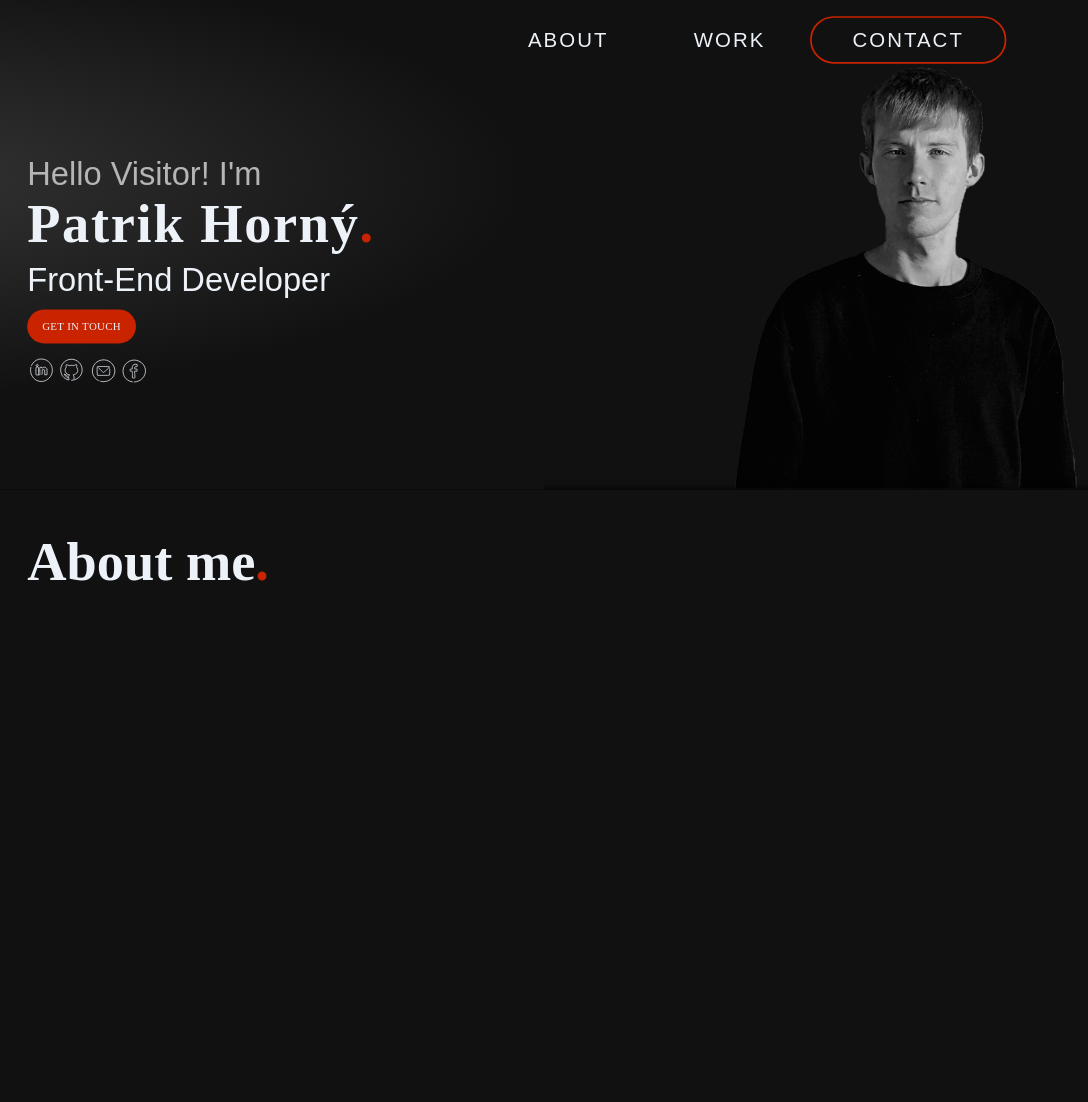
Repository: Spreceriany/portfolio
Page: index.html
An editor plug-in stored every save of this project. The page is shown before and after the next save, followed by the edit.
The browser window is 1280 px wide. The pictures show the whole page, at 85% of full size.
Some web fonts or font styles are not loaded; a fallback is used. The style sheet was rebuilt from its Sass, Less or Tailwind sources for each picture, by a compiler version that may differ from the author's.

Above is the page before, as saved 2021-03-08 12:12:20.

### index.html
<!DOCTYPE html>
<html lang="en">

<head>
    <meta charset="UTF-8">
    <meta http-equiv="X-UA-Compatible" content="IE=edge">
    <meta name="viewport" content="width=device-width, initial-scale=1.0">
    <title>Patrik Horny | Portfolio</title>
    <link rel="stylesheet" href="css/style.css">
    <link rel="preconnect" href="https://fonts.gstatic.com">
    <link href="https://fonts.googleapis.com/css2?family=Asul&family=Chivo:wght@900&display=swap" rel="stylesheet">
</head>

<body>
    <header>
        <nav>
            <ul>
                <li><a href="#">About</a></li>
                <li><a href="#">Work</a></li>
                <li><a href="#">Contact</a></li>
            </ul>
            <div class="burger">
                <div class="line1"></div>
                <div class="line2"></div>
                <div class="line3"></div>
            </div>
        </nav>
    </header>

    <main>
        <section class="hero">
            <div class="hero__left-col">
                <p class="gray">Hello Visitor! I'm</p>
                <h1>Patrik Horný<span class="orange">.</span></h1>
                <p>Front-End Developer</p>
                <a href="#" class="btn">Get in touch</a>
                <ul>
                    <li><a href="#">
                        <?xml version="1.0" ?><svg height="256px" id="Layer_1" version="1.1" viewBox="0 0 256 256" width="256px" xml:space="preserve" xmlns="http://www.w3.org/2000/svg" xmlns:xlink="http://www.w3.org/1999/xlink"><path class="st0" d="M34.367,105.308c-15.255,58.994,21.499,118.714,77.309,130.865c54.491,11.864,108.741-24.931,122.132-78.209  c13.576-54.011-18.103-112.414-72.055-127.246C77.289,8.035,39.505,84.527,39.501,88.37"/><path class="st0" d="M106.662,168.972c-0.36-21.051,0.978-61.432-0.945-63.422  c-1.923-1.99-17.046-7.923-19.883-12.471c-2.838-4.548-2.011-13.662,8.126-13.674s11.419,8.666,8.78,14.31  c-2.64,5.644-17.584,9.811-19.288,12.105c-1.704,2.294-2.429,68.28,0,69.899c2.429,1.619,32.926,1.484,35.624-0.54  c2.699-2.024-3.374-67.47,0-69.09s17.407-1.889,19.162-1.079c1.754,0.81,0.675,7.692,1.889,8.366  c1.214,0.675,10.171-11.177,24.289-9.446c10.46,1.282,19.837,10.121,21.321,18.892s0.899,34.545,0.54,51.817  c-7.197,0.27-14.394,0.675-21.59,0.945c-0.27-14.574,1.08-33.6-0.81-43.586c-1.889-9.986-22.328-9.849-22.13,0  s1.619,43.586-2.699,43.451" id="linkedin"/></svg>
                    </a></li>
                    <li><a href="#">
                        <?xml version="1.0" ?><svg height="256px" id="Layer_2" version="1.1" viewBox="0 0 256 256" width="256px" xml:space="preserve" xmlns="http://www.w3.org/2000/svg" xmlns:xlink="http://www.w3.org/1999/xlink"><path class="st0" d="M128.1,222.073"/><path class="st0" d="M130.164,226.986c63.917-3.557,108.667-52.057,97.259-116.5c-9.288-52.47-60.722-87.613-112.739-80.577  C61.952,37.041,21.39,85.877,27.386,139.004c5.689,47.857,35.128,70.23,59.685,80.335c5.717,2.353,13.401,5.785,15.997,5.229  c2.596-0.556,1.763-14.95,1.763-21.889c-16,2.459-21.475-3.841-24.875-7.563c-3.857-4.222-6.125-8.563-10.063-14.938  s-11.063-4.875-11.813-8.563s15-2.688,26.313,11.25c8.188,10.146,16.928,7.089,21.625,4.188c0.154-1.612,0.526-3.775,1.438-6.188  c0.967-2.557,3.625-4.104,3.208-5.854c-0.417-1.75-21.804-0.577-34-17.667c-8.809-12.344-9.129-26.955-5.667-37.833  c2.322-7.297,6.196-12.443,8.833-15.417c-1.011-2.162-2.513-6.109-2.583-11.25c-0.076-5.549,1.554-9.796,2.583-12  c3.492,0.104,8.54,0.644,14.25,2.667c5.469,1.937,9.593,4.542,12.333,6.583c4.975-1.671,12.218-3.489,21.083-3.667  c10.135-0.203,18.344,1.819,23.667,3.583c2.616-2.336,6.987-5.648,13.167-7.917c4.489-1.648,8.518-2.229,11.5-2.417  c1.143,2.165,3.075,6.519,3.167,12.332c0.085,5.351-1.426,9.47-2.416,11.664c2.867,3.459,7.394,9.875,9.502,18.995  c0.751,3.249,4.857,20.981-6.996,36.24c-12.408,15.974-33.06,13.524-33.992,15.73c-0.932,2.206,3.964,6.297,6.266,14.877  c2.302,8.58,1.327,24.979,1.327,24.979"/></svg>
                    </a></li>
                    <li><a href="#">
                        <?xml version="1.0" ?><svg height="256px" id="Layer_3" version="1.1" viewBox="0 0 256 256" width="256px" xml:space="preserve" xmlns="http://www.w3.org/2000/svg" xmlns:xlink="http://www.w3.org/1999/xlink"><path class="st0" d="M90.122,111.336c4.814,10.698,40.475,41.901,43.863,42.08s58.662-49.39,57.057-52.778  S79.246,96.18,76.214,99.568c-3.031,3.388-1.962,78.097,0.713,80.237s111.083,2.318,113.401-1.426  c2.318-3.744,4.814-57.414,1.783-60.623"/><path class="st0" d="M108.268,237.352c59.036,15.089,118.653-21.832,130.648-77.676c11.711-54.524-25.236-108.671-78.551-121.912  C106.315,24.34,48.002,56.183,33.321,110.176c-22.447,84.527,54.151,122.097,57.994,122.09"/></svg>
                    </a></li>
                    <li><a href="#">
                        <?xml version="1.0" ?><svg height="256px" id="Layer_1" version="1.1" viewBox="0 0 256 256" width="256px" xml:space="preserve" xmlns="http://www.w3.org/2000/svg" xmlns:xlink="http://www.w3.org/1999/xlink"><g><path class="st0" d="M118.489,204.01c0.668-30.724-0.583-59.627-0.514-61.433c0.099-2.572-16.945,1.061-19.046-1.053   c-2.101-2.114-3.309-18.205-0.521-19.591s15.355,1.129,18.007-0.526c2.652-1.655-11.513-55.269,46.601-43.421   c1.589,0.795-0.132,18.732-1.059,20.122c-0.927,1.39-12.708-1.787-19.062,3.177c-6.354,4.964-3.707,18.664-2.383,19.591   c1.324,0.927,20.188,0.198,21.445,1.589s1.456,18.798,0,20.122c-1.456,1.324-20.819-2.41-22.769-1.058   c-1.606,1.113,4.224,60.038,2.558,62.373c-1.666,2.335-7.731,2.133-11.56,2.226"/><path class="st0" d="M136.577,243.358c60.912-1.648,108.145-53.478,104.395-110.472c-3.662-55.647-54.02-97.612-108.923-95.753   C76.39,39.017,29.02,85.605,29.68,141.555c1.549,87.443,85.505,102.61,89.2,101.551"/></g></svg>
                    </a></li>
                </ul>
            </div>
            <div class="hero__right-col">
                <img src="./img/my_photo.png" alt="my-photo">
            </div>
        </section>

        <section class="about">
            <div class="about__left-col">
                <h2>About me<span class="orange">.</span></h2>
            </div>
        </section>
    </main>


    <script src="js/script.js"></script>

</body>

</html>

### css/style.scss
body {
  font-family: "Asul", "Chivo", sans-serif;
}

* {
  box-sizing: border-box;
  margin: 0;
  padding: 0;
}

$white-ish: #edf2f8;
$orange: #c92300;
$gray: #b5b5b5;

.orange {
  color: $orange;

}

.gray {
  color: $gray;
}

header {
  width: 100%;

  margin: 0 auto;
  min-height: 13vh;
  position: absolute;
  top: 0;
  left: 0;
  right: 0;
  display: flex;
  justify-content: flex-end;
  nav {
    min-height: 10vh;
    display: flex;
    align-items: center;
    top: 0;
    right: 0;
    .burger {
      cursor: pointer;
      margin-right: 2em;
      @media (min-width: 996px) {
        display: none;
      }
      div {
        background-color: $orange;
        margin: .3em;
        transition: transform 500ms ease, opacity 500ms ease, width 500ms ease;
        &:nth-child(1) {
          width: 1.5em;
          height: .15em;
        }
        &:nth-child(2) {
          width: 1em;
          height: .15em;
        }

        &:nth-child(3) {
          width: .6em;
          height: .15em;
        }
      }
    }
    ul {
      margin-left: auto;
      display: none;
      @media (min-width: 992px) {
        display: block;
      }

      li {
        display: inline-block;
        padding: 0.5em 2em;
        font-size: 1.5rem;
        text-transform: uppercase;
        cursor: pointer;

        &:last-of-type {
          border: 2px solid $orange;
          border-radius: 9999px;
          background-image: linear-gradient($orange, $orange);
          background-position: 50% 50%;
          background-repeat: no-repeat;
          background-size: 0% 100%;
          transition: background-size 0.3s;
          margin-right: 4em;
          &:hover {
            background-size: 100% 100%;
          }
        }

        &:not(:last-child) a:hover {
          color: $orange;
        }
        a {
          width: 100%;
          text-decoration: none;
          color: $white-ish;
          letter-spacing: 0.1em;
          transition: color 0.3s ease-out;
        }
      }
    }
  }
}

main {
  margin: 0 auto;
  background-color: black;
}

.btn {
  background-color: $orange;
  padding: 1em 0.7em;
  color: $white-ish;
  border-radius: 9999px;
  width: 10em;
  flex-shrink: 0;
  text-align: center;
  text-decoration: none;
  text-transform: uppercase;
  font-family: "Chivo";
  letter-spacing: 0.03em;
  margin: 1em 0;
  font-size: 0.8rem;
  &:hover {
    background-color: transparent;
  }
}

.hero {
  width: 100%;

  margin: 0 auto;
  min-height: 80vh;
  background: radial-gradient(
    59.93% 44.1% at -11.63% 36.77%,
    #343434 0%,
    #111111 100%
  );
  display: grid;
  align-items: center;
  justify-content: center;
  color: $white-ish;
  grid-template-columns: 1fr;

  @media (min-width: 556px) {
    grid-template-columns: 1fr 1fr;
  }

  svg {
    width: 100%;
    height: 100%;
    fill: none;
    stroke: #edf2f8;
    stroke-width: 7;
    stroke-linecap: round;
    stroke-linejoin: round;
    stroke-miterlimit: 10;
    transition: stroke 0.3s, transform 0.3s ease-in;
    &:hover {
      stroke: $orange !important;
      transform: translateY(-2px);
    }
  }

  &__left-col {
    display: flex;
    flex-direction: column;
    padding-left: 2em;
    padding-top: 4em;
    ul {
      list-style-type: none;
      li {
        display: inline-flex;
        width: 2em;
        img {
          width: 100%;
        }
      }
    }

    p {
      font-size: clamp(1rem, 3vw, 2.5rem);
    }

    h1 {
      font-size: clamp(2rem, 5vw, 6rem);
      margin-bottom: 0.1em;
      letter-spacing: 0.03em;
      font-family: 'Chivo';
    }
  }

  &__right-col {
    position: relative;
    height: 100%;
    &::after{
      content: '';
      position: absolute;
      width: 100%;
      height: 100%;
      bottom: 0;
      left: 0;
      box-shadow: inset 0 -10px 10px -10px #000000;

    }
    img {
      position: absolute;
      width: 70%;
      right: 0;
      bottom: 0;
    }
  }
}

.about{
  width: 100%;
  height: 100vh;
  padding-top: 3em;
  background-color: #111111;
  color: $white-ish;
  &__left-col{
    padding-left:2em ;
    h2{
      font-family: 'Chivo';
      font-size: clamp(2rem, 5vw, 6rem);
    }
  }
}

Loaded but not shown: js/script.js (no copy from this time; the picture is the same without it)

After the next save:
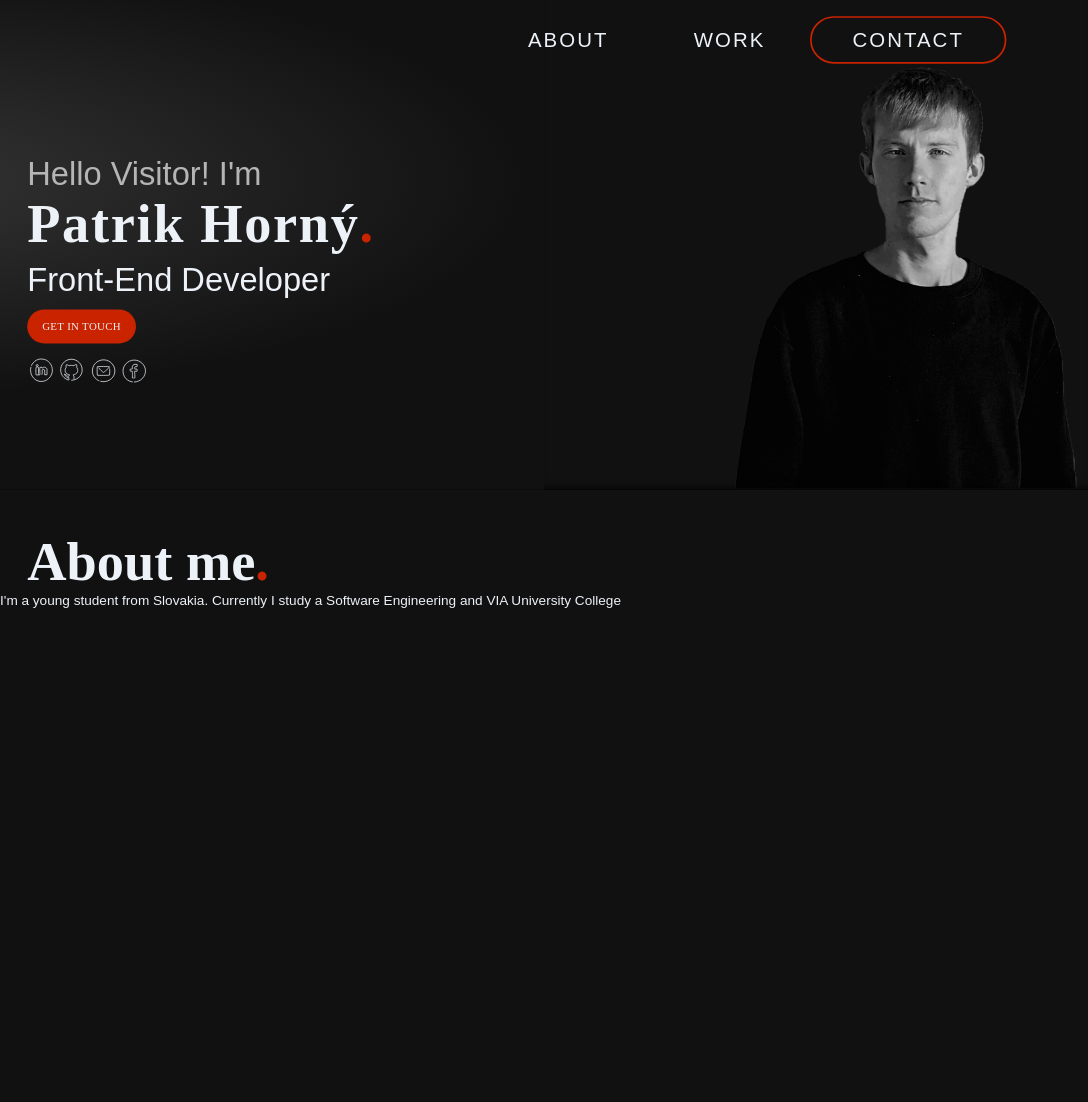
Saved 77 s later.
--- a/index.html
+++ b/index.html
@@ -57,6 +57,11 @@
         <section class="about">
             <div class="about__left-col">
                 <h2>About me<span class="orange">.</span></h2>
+
+            </div>
+
+            <div class="about__right-col">
+                <p>I'm a young student from Slovakia. Currently I study a Software Engineering and VIA University College</p>
             </div>
         </section>
     </main>
